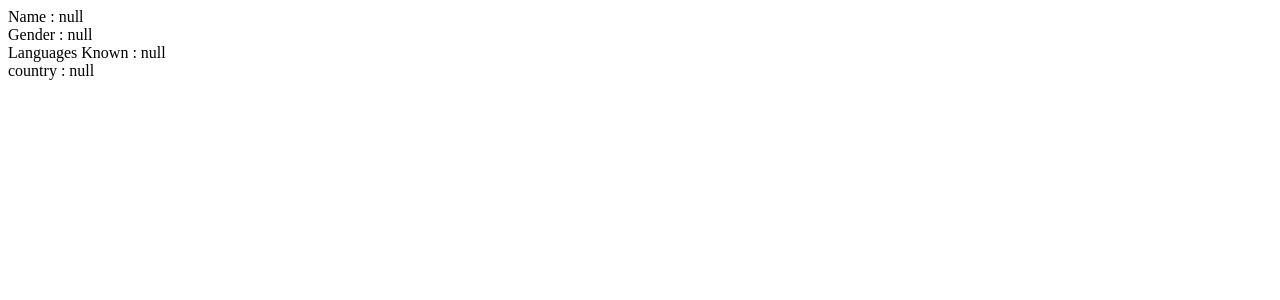
Repository: gkalivar/Java-projects
Page: http://localhost/8_Forms/submit.jsp
These files come from the project's save history. The page is drawn as it stood at one moment and after the next save; the edit follows.
The browser window is 1280 px wide. The pictures show the whole page.
The page is served by Tomcat 9.

Above is the page before, as saved 2022-07-07 09:47:09.

### 8_Forms/src/main/webapp/submit.jsp
<%@ page language="java" contentType="text/html; charset=ISO-8859-1"
    pageEncoding="ISO-8859-1"%>
<!DOCTYPE html>
<html>
<head>
<meta charset="ISO-8859-1">
<title>Insert title here</title>
</head>
<body>
Name : <%= request.getParameter("name") %> <br/>
Gender : <%= request.getParameter("gender") %> <br/>
Languages Known : <%= request.getParameter("language") %> <br/>
country : <%= request.getParameter("country") %> <br/>
</body>
</html>

After the next save:
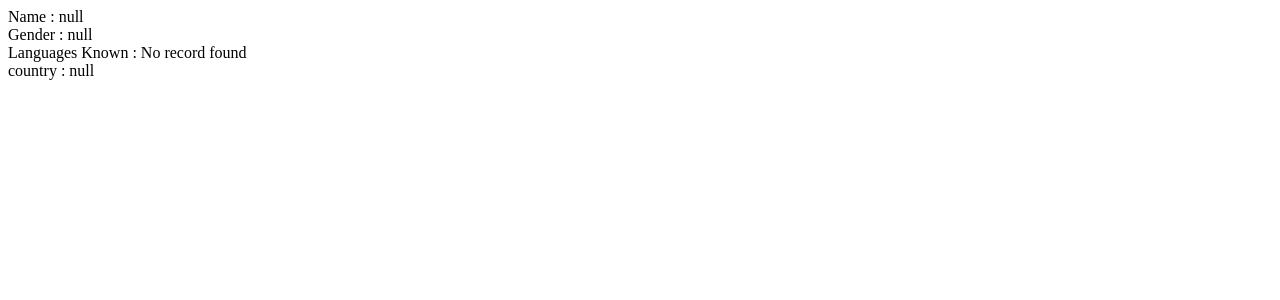
Saved 61 min 13 s later.
--- a/8_Forms/src/main/webapp/submit.jsp
+++ b/8_Forms/src/main/webapp/submit.jsp
@@ -9,7 +9,25 @@
 <body>
 Name : <%= request.getParameter("name") %> <br/>
 Gender : <%= request.getParameter("gender") %> <br/>
-Languages Known : <%= request.getParameter("language") %> <br/>
+Languages Known : <%
+
+String[] contries = request.getParameterValues("languages");
+if(contries != null){
+
+	for(int i =0;i<contries.length;i++){
+		out.print(contries[i]);
+		out.print("<br>");
+	}
+} else {
+
+	out.print("No record found");
+}
+
+
+
+
+
+ %> <br/>
 country : <%= request.getParameter("country") %> <br/>
 </body>
 </html>
